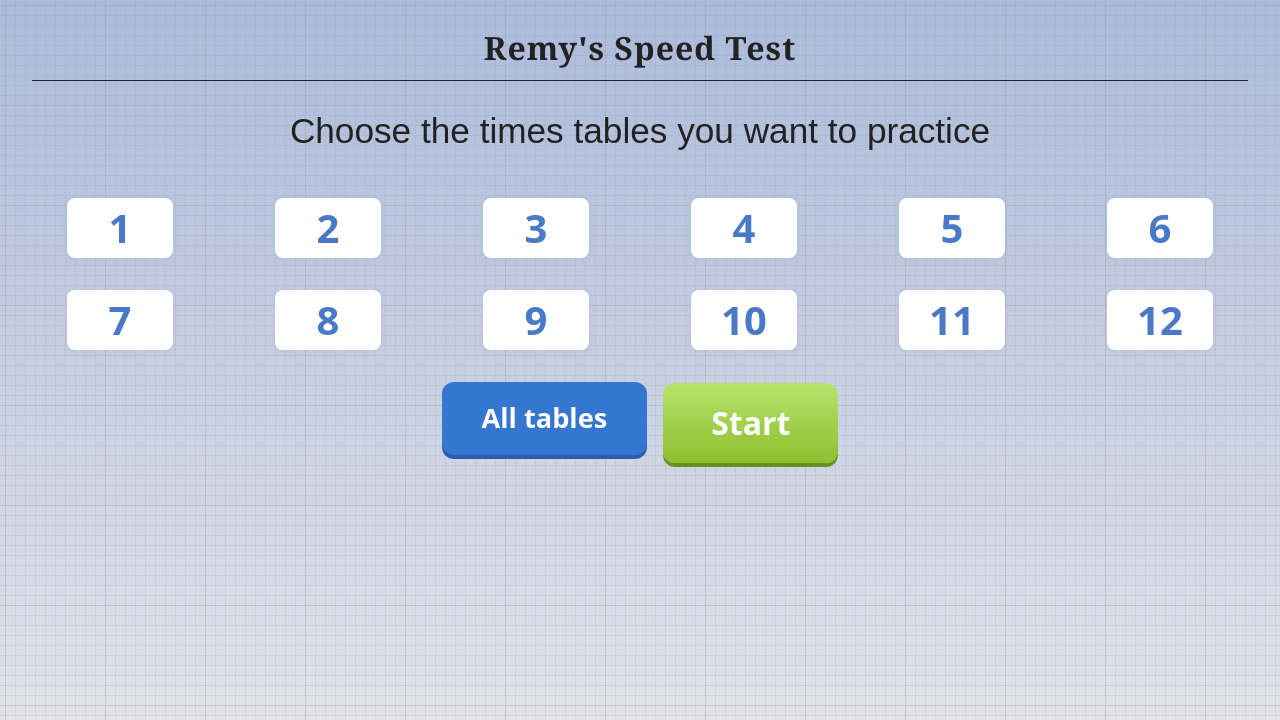
Repository: Chinurum-Omenuko/remys-speed-test
Page: / (app in app/)
These files come from the project's save history. The page is drawn as it stood at one moment and after the next save; the edit follows.
The browser window is 1280 px wide. The pictures show the whole page.
The project was rebuilt for these pictures with package versions that can differ from the ones it lists, and the page was loaded fresh each time. The framework's server and built-in components were replaced by stand-ins that run in the browser. Also part of the build but not shown: app/svelte.config.js, app/vite.config.ts.

Above is the page before, as saved 2025-11-17 13:27:32.

### app/src/routes/+page.svelte

<script lang="ts">
	import { goto } from "$app/navigation";
	import { GameStore } from "../stores/gameStore.svelte";

	let store = GameStore;
	let chosenTables = store.getTables()
	const tables = Array.from({ length: 12 }, (_, i) => i + 1);

	function selectTable(table: number) {
		store.addTables(table)
	}

	function allTables(){
		tables.forEach(table => {
			let index = chosenTables.indexOf(table)
			if(!chosenTables.includes(table)){
				selectTable(table)
				return
			}
			chosenTables.splice(index, 1)
		});
	}


	function start() {
		store.generateQuestions(chosenTables)
		goto("/test")
	}



	function lastResults() {
		alert('Show last results');
	}
</script>
<div class="landing-bg">
	<div style="padding: 1.5rem 2rem 0 2rem;">
		<h1 class="title">Remy's Speed Test</h1>
		<div class="dotted"></div>
		<h2 class="subtitle">Choose the times tables you want to practice</h2>
		<div class="content">
			<div class="tables-grid">
				{#each tables as table}
					<button
						type="button"
						class="table-btn {chosenTables.includes(table) ? 'selected' : ''}"
						on:click={() => {

							selectTable(table)
							}}
						aria-pressed={chosenTables[table] === table}
					>
						{table}
					</button>
				{/each}
			</div>
			<div class="actions">
				<div class="left-actions">
					{#if chosenTables.length == 12}
						<button class="blue-btn" on:click={allTables}>Deselect All Tables</button>
					{:else}
						<button class="blue-btn" on:click={allTables}>All tables</button>
					{/if}
				</div>
				<button class="green-btn" on:click={start}>Start</button>
			</div>
		</div>
	</div>
</div>

<style>
	.landing-bg {


		background-image:url("data:[embedded picture, 1695 characters]"), linear-gradient(180deg, #aabbdb, #e2e2e9);
		min-height: 100vh;
		max-width: 100vw;
		padding: 0;
		margin: 0;
	}
	.title {
		font-size: 2rem;
		font-weight: 700;
		margin: 0 0 0.5rem 0;
		letter-spacing: 1px;
		color: #222;
		font-family: Georgia, 'Times New Roman', Times, serif;
		text-align: center;
	}
	.dotted {
		border-bottom: 1px solid #222;
		margin-bottom: 1.5rem;
	}
	.subtitle {
		font-size: 2.2rem;
		font-weight: 100;
		margin-bottom: 2.5rem;
		text-align: center;
		color: #222;
		font-family: Arial, Helvetica, sans-serif;
	}

	.content{
		display: flex;
		flex-direction: column;
		/* border: solid 2px red; */
		justify-content: start;
		align-items: center;
		max-width: 100vw;
		min-height: 50vh;
	}
	.tables-grid {
		display: grid;
		grid-template-columns: repeat(6, 1fr);
		gap: 2rem;
		/* border: solid 2px green; */
		width: 100%;
	}
	.table-btn {
		background: #fff;
		border-radius: 8px;
		font-size: 2.5rem;
		font-weight: 700;
		color: #4a7ac7;
		width: 60%;
		height: 100%;
		display: flex;
		align-items: center;
		justify-content: center;
		cursor: pointer;
		transition: box-shadow 0.2s, border 0.2s;
		margin: 0 auto;
		box-shadow: 0 2px 8px rgba(0,0,0,0.04);
	}
	.table-btn.selected {
		border: 3px solid #2e5eaa;
		background: #eaf1ff;
		color: #2e5eaa;
	}
	.actions {
		display: flex;
		justify-content: space-between;
		align-items: flex-end;
		max-width: 1200px;
		margin: 2rem auto 0 auto;
	}
	.left-actions {
		display: flex;
		flex-direction: column;
		gap: 1.2rem;
	}
	.blue-btn {
		background:  #3576d1;
		color: #fff;
		font-size: 1.7rem;
		font-weight: 600;
		border: none;
		border-radius: 12px;
		padding: 1rem 2.5rem;
		box-shadow: 0 4px 0 #2b5ca7;
		cursor: pointer;
		margin-bottom: 0.5rem;
		transition: background 0.2s;
	}
	.blue-btn:active {
		background: #3576d1;
	}
	.green-btn {
		background: linear-gradient(180deg, #b6e36b 0%, #8dbf2e 100%);
		color: #fff;
		font-size: 2rem;
		font-weight: 700;
		border: none;
		border-radius: 12px;
		padding: 1rem 3rem;
		box-shadow: 0 4px 0 #6b8e23;
		cursor: pointer;
		margin-left: 1rem;
		transition: background 0.2s;
	}
	.green-btn:active {
		background: #8dbf2e;
	}

	/* 640px: small tablet */
	/* @media (min-width: 640px) {
		.tables-grid {
			grid-template-columns: repeat(3, 1fr);
			border: red;
		}
		.table-btn {
			width: 100px;
			height: 80px;
			font-size: 1.5rem;
		}
		.actions {
			flex-direction: column;
			align-items: stretch;
			gap: 2rem;
		}
	}

	/* 768px: tablet portrait */
	/* @media (min-width: 768px) {
		.tables-grid {
			grid-template-columns: repeat(3, 1fr);
			border: red;
		}
		.table-btn {
			width: 100px;
			height: 80px;
			font-size: 1.5rem;
		}
		.actions {
			flex-direction: column;
			align-items: stretch;
			gap: 2rem;
		}
	} */

	/* 1024px: tablet landscape / small laptop */
	/* @media (min-width: 1024px) {
		.tables-grid {
			grid-template-columns: repeat(4, 1fr);
		}
		.table-btn {
			width: 140px;
			height: 110px;
			font-size: 2rem;
		}
		.actions {
			flex-direction: row;
			align-items: center;
			gap: 1rem;
		}
	} */

	/* @media (min-width: 1200px) and (max-height: 700px) {

	} */


	/* 1280px: laptop */
	/* @media (min-width: 1280px) {} */

	/* 1536px: large desktop */
	/* @media (min-width: 1536px) {} */




</style>

### app/src/stores/gameStore.svelte.ts
import { writable } from "svelte/store";
import { createQuestions } from "../utils/gameUtils";

function createGameStore(){
    let allQuestions = $state<any[]>([])
    let selectedTables: number[] = $state([])


    return{
        selectedTables,
        get allQuestions(){
            return allQuestions;
        },
        clearSelectedTables: () => {
            selectedTables = []
        },
        getTables: () => selectedTables,
        addTables: (table: number) => {
            let index = selectedTables.indexOf(table)

            if(!selectedTables.includes(table)){
                selectedTables.push(table)
                return
            }

            selectedTables.splice(index,1)

        },
        generateQuestions: (table: number[]) => {
            let questions = createQuestions(table)

            let flat = Object.values(questions).flat();
            allQuestions = [...allQuestions, ...flat];


        },

        removeQuestions: () => allQuestions = []
    }
}

export const GameStore = createGameStore()

### app/src/utils/gameUtils.ts
function makeQuestionObject(table: number){
    let questionsObjectArray = []
    for (let i = 1; i <= 12; i++){
        let question = {
            id: table + '-' + i,
            table: table,
            multiplier: i,
            question: `${table} x ${i}`,
            answer: table * i
        };
        questionsObjectArray.push(question);
    }
    return questionsObjectArray;
}

export function createQuestions(timeTable: number[]){
    let questions = {};

    timeTable.forEach(table => {
        let objectArray = makeQuestionObject(table)
        questions[table] = objectArray
    });
    return questions
}

Loaded but not shown: app/src/app.html (common file); app/src/routes/+layout.svelte (common file); app/src/app.css (common file)

After the next save:
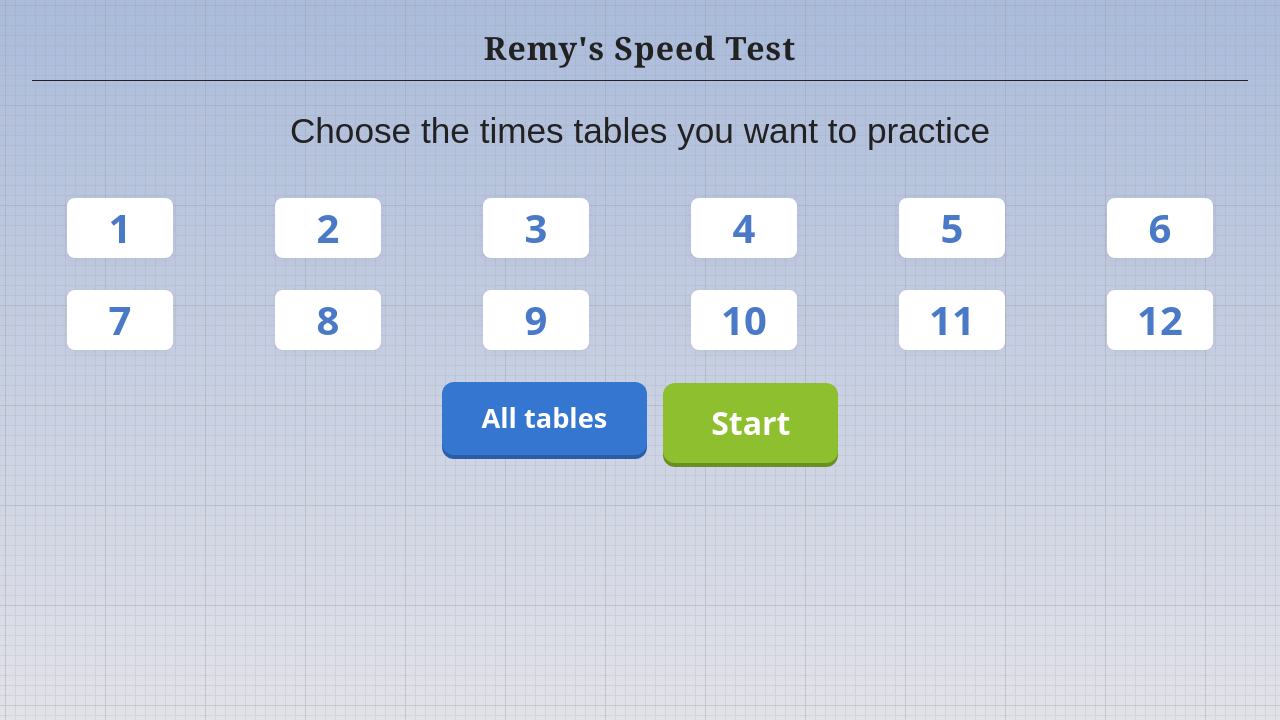
Saved 13 s later.
--- a/app/src/routes/+page.svelte
+++ b/app/src/routes/+page.svelte
@@ -167,7 +167,7 @@
 		background: #3576d1;
 	}
 	.green-btn {
-		background: linear-gradient(180deg, #b6e36b 0%, #8dbf2e 100%);
+		background: #8dbf2e;
 		color: #fff;
 		font-size: 2rem;
 		font-weight: 700;
